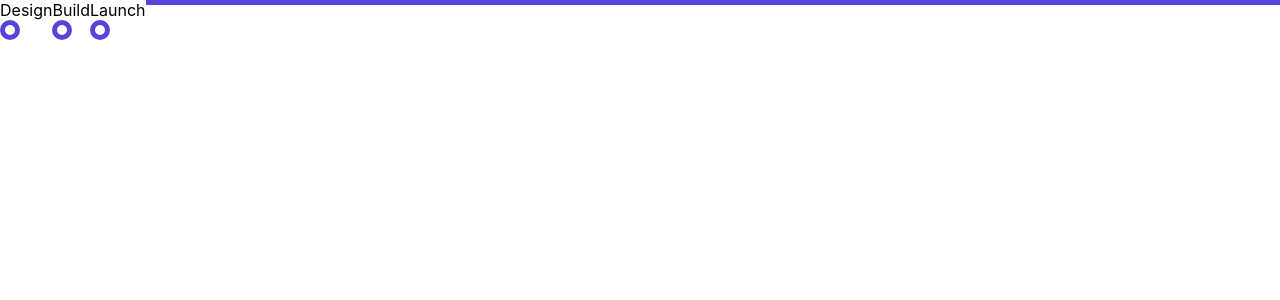
Repository: remrtehno/StepProgressBar
Page: /
The author's editor kept a copy of each file at every save. The page is drawn from the files as they stood at one save, then again after a run of saves.
The browser window is 1280 px wide. The pictures show the whole page.
The project was rebuilt for these pictures with package versions that can differ from the ones it lists, and the page was loaded fresh each time.

Above is the page before, as saved 2021-05-30 23:08:00.

After the next 2 saves:
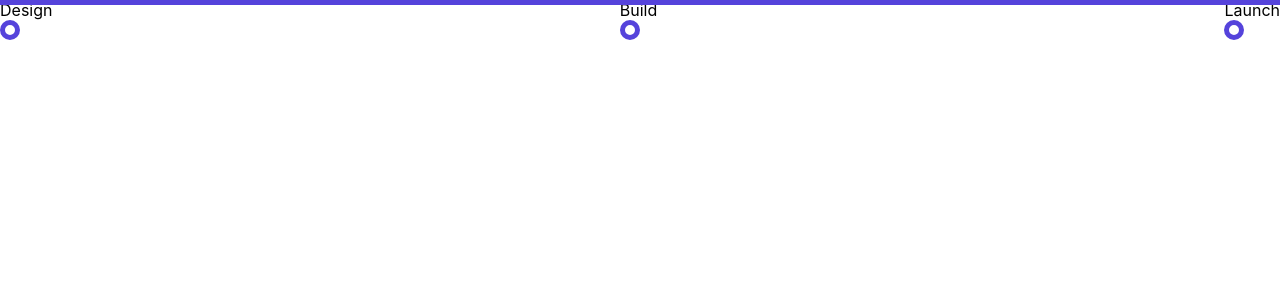
The 2 saves are shown as one change because they came seconds apart.
The last was saved 19 s later.
--- a/src/ProgressBar/ProgressBar.module.scss
+++ b/src/ProgressBar/ProgressBar.module.scss
@@ -14,6 +14,8 @@
 
 .Progress {
   height: 5px;
-  width: 100%;
   background-color: var(--main-color);
+  position: absolute;
+  left: 0;
+  right: 0;
 }
